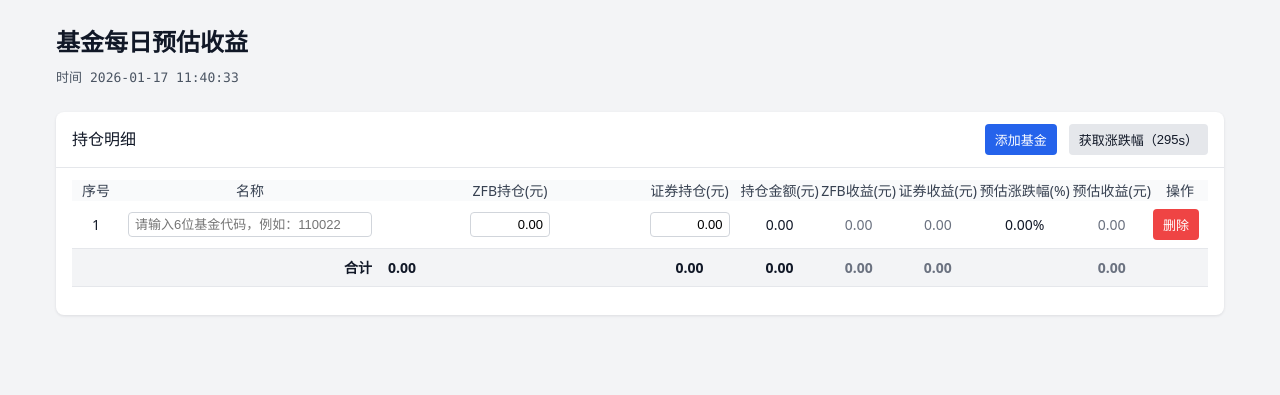
Repository: zt-boom/finance
Page: index.html
These files come from the project's save history. The page is drawn as it stood at one moment and after the next save; the edit follows.
The browser window is 1280 px wide. The pictures show the whole page.

Above is the page before, as saved 2026-01-17 15:22:44.

### index.html
<!DOCTYPE html>
<html lang="zh-CN">
<head>
<meta charset="UTF-8">
<title>基金每日预估收益</title>
<meta name="viewport" content="width=device-width,initial-scale=1">
<link rel="stylesheet" href="./style.css">
</head>
<body>
<div class="app">
<header class="app-header">
<h1>基金每日预估收益</h1>
<div class="date-row">
<span>时间</span>
<span id="current-date"></span>
</div>
</header>
<main class="app-main">
<section class="card">
<div class="card-header">
<h2>持仓明细</h2>
<div class="card-header-actions">
<button id="add-fund-btn" class="primary-button">添加基金</button>
<button id="fetch-percent-btn" class="secondary-button">
获取涨跌幅（<span id="auto-refresh-countdown">300</span>s）
</button>
</div>
</div>
<div class="card-body">
<div class="table-wrapper">
<table class="fund-table">
<thead>
<tr>
<th class="index-col">序号</th>
<th>名称</th>
<th>ZFB持仓(元)</th>
<th>证券持仓(元)</th>
<th>持仓金额(元)</th>
<th>ZFB收益(元)</th>
<th>证券收益(元)</th>
<th>预估涨跌幅(%)</th>
<th>预估收益(元)</th>
<th>操作</th>
</tr>
</thead>
<tbody id="fund-table-body"></tbody>
<tfoot>
<tr class="summary-row">
<td colspan="2">合计</td>
<td><span id="total-zfb-amount">0.00</span></td>
<td><span id="total-stock-amount">0.00</span></td>
<td><span id="total-amount">0.00</span></td>
<td><span id="total-zfb-profit">0.00</span></td>
<td><span id="total-stock-profit">0.00</span></td>
<td></td>
<td><span id="total-profit">0.00</span></td>
<td></td>
</tr>
</tfoot>
</table>
</div>
</div>
</section>
</main>
</div>
<script src="./main.js"></script>
</body>
</html>

### style.css
* {
box-sizing: border-box;
margin: 0;
padding: 0;
}

body {
font-family: system-ui, -apple-system, BlinkMacSystemFont, "Segoe UI", sans-serif;
background-color: #f3f4f6;
color: #111827;
line-height: 1.5;
}

.app {
max-width: 1200px;
margin: 0 auto;
padding: 24px 16px 40px;
}

.app-header {
display: flex;
flex-direction: column;
gap: 8px;
margin-bottom: 24px;
}

.app-header h1 {
font-size: 24px;
font-weight: 600;
color: #111827;
}

.date-row {
display: flex;
gap: 8px;
align-items: center;
font-size: 13px;
color: #4b5563;
}

.date-row span:last-child {
font-family: ui-monospace, SFMono-Regular, Menlo, Monaco, Consolas, "Liberation Mono", "Courier New", monospace;
font-variant-numeric: tabular-nums;
}

.app-main {
display: flex;
flex-direction: column;
gap: 16px;
}

.card {
background-color: #ffffff;
border-radius: 8px;
box-shadow: 0 1px 3px rgba(15, 23, 42, 0.1);
overflow: hidden;
}

.card-header {
display: flex;
justify-content: space-between;
align-items: center;
padding: 12px 16px;
border-bottom: 1px solid #e5e7eb;
}

.card-header h2 {
font-size: 16px;
font-weight: 500;
}

.card-header-actions {
display: flex;
align-items: center;
gap: 12px;
}

.card-body {
padding: 12px 16px 16px;
}

.table-wrapper {
overflow-x: auto;
margin-bottom: 12px;
}

.fund-table {
width: 100%;
border-collapse: collapse;
font-size: 14px;
}

.fund-table td {
border-bottom: 1px solid #e5e7eb;
padding: 8px;
text-align: left;
}

.fund-table th.index-col,
.fund-table td[data-role="row-index"] {
width: 48px;
text-align: center;
cursor: grab;
}

.fund-table td:nth-child(3),
.fund-table td:nth-child(4),
.fund-table td:nth-child(5),
.fund-table td:nth-child(6),
.fund-table td:nth-child(7),
.fund-table td:nth-child(8),
.fund-table td:nth-child(9) {
text-align: center;
white-space: nowrap;
}

.fund-table thead {
background-color: #f9fafb;
}

.fund-table th {
font-weight: 500;
color: #374151;
text-align: center;
}

.fund-table tbody tr:nth-child(even) {
background-color: #f9fafb;
}

.fund-table tbody tr:hover {
background-color: #eef2ff;
}

.fund-table tr.dragging {
opacity: 0.7;
}

.fund-table input {
width: 100%;
padding: 4px 6px;
font-size: 13px;
border-radius: 4px;
border: 1px solid #d1d5db;
outline: none;
text-align: right;
}

.fund-table input.narrow-number-input {
width: 80px;
margin: 0 auto;
}

.fund-table td:nth-child(2) input {
text-align: left;
}

.fund-table th:nth-child(2),
.fund-table td:nth-child(2) {
width: 260px;
}

.fund-table th:nth-child(10),
.fund-table td:nth-child(10) {
padding-left: 0;
text-align: center;
}

.fund-table input[type="number"]::-webkit-outer-spin-button,
.fund-table input[type="number"]::-webkit-inner-spin-button {
-webkit-appearance: none;
margin: 0;
}

.fund-table input[type="number"] {
-moz-appearance: textfield;
}

.fund-table input:focus {
border-color: #2563eb;
box-shadow: 0 0 0 1px rgba(37, 99, 235, 0.2);
}

.value-positive {
color: #ef4444;
}

.value-negative {
color: #10b981;
}

.value-zero {
color: #6b7280;
}

.summary-row td {
font-weight: 600;
color: #111827;
background-color: #f3f4f6;
}

.summary-row td:first-child {
text-align: right;
padding-right: 8px;
}

.summary-items {
display: flex;
flex-wrap: wrap;
gap: 4px 16px;
justify-content: flex-end;
align-items: center;
}

#auto-refresh-countdown {
display: inline-block;
width: 3ch;
text-align: right;
}

.summary-items span {
font-weight: 500;
white-space: nowrap;
}

.summary-left {
display: flex;
flex-wrap: wrap;
gap: 4px 16px;
align-items: center;
}

.summary-items span strong {
font-size: 18px;
margin-left: 4px;
font-family: ui-monospace, SFMono-Regular, Menlo, Monaco, Consolas, "Liberation Mono", "Courier New", monospace;
}

#total-amount {
color: #111827;
}

.primary-button,
.secondary-button,
.danger-button {
border-radius: 4px;
border: none;
cursor: pointer;
font-size: 13px;
padding: 6px 10px;
display: flex;
align-items: center;
justify-content: center;
}

.primary-button {
background-color: #2563eb;
color: #ffffff;
}

.primary-button:hover {
background-color: #1d4ed8;
}

.secondary-button {
background-color: #e5e7eb;
color: #111827;
}

.secondary-button:hover {
background-color: #d1d5db;
}

.danger-button {
background-color: #ef4444;
color: #ffffff;
margin: 0 auto;
}

.danger-button:hover {
background-color: #dc2626;
}

.actions-row {
display: none;
}

.instructions {
font-size: 13px;
color: #4b5563;
}

.instructions ol {
padding-left: 18px;
display: flex;
flex-direction: column;
gap: 4px;
}

@media (max-width: 640px) {
.app {
padding-inline: 12px;
}
.card-header {
flex-direction: column;
gap: 8px;
align-items: flex-start;
}
}

### main.js
const STORAGE_KEY = "fund_holdings_v1";
let dragSourceRow = null;

function handleRowDragStart(event) {
const cell = event.currentTarget;
const row = cell.parentElement;
dragSourceRow = row;
row.classList.add("dragging");
if (event.dataTransfer) {
event.dataTransfer.effectAllowed = "move";
event.dataTransfer.setData("text/plain", "");
}
}

function handleRowDragOver(event) {
event.preventDefault();
if (event.dataTransfer) {
event.dataTransfer.dropEffect = "move";
}
}

function handleRowDrop(event) {
event.preventDefault();
const targetCell = event.currentTarget;
const targetRow = targetCell.parentElement;
if (!dragSourceRow || dragSourceRow === targetRow) {
return;
}
const tbody = targetRow.parentElement;
const rows = Array.from(tbody.querySelectorAll('tr[data-role="fund-row"]'));
const sourceIndex = rows.indexOf(dragSourceRow);
const targetIndex = rows.indexOf(targetRow);
if (sourceIndex === -1 || targetIndex === -1) {
return;
}
if (sourceIndex < targetIndex) {
tbody.insertBefore(dragSourceRow, targetRow.nextSibling);
} else {
tbody.insertBefore(dragSourceRow, targetRow);
}
}

function handleRowDragEnd() {
const rows = document.querySelectorAll('tr[data-role="fund-row"]');
rows.forEach(row => {
row.classList.remove("dragging");
});
dragSourceRow = null;
updateRowIndices();
handleStorageUpdate();
calculateProfit();
}

function formatCurrency(value) {
if (Number.isNaN(value)) return "0.00";
return value.toFixed(2);
}

function formatNumber(value) {
if (Number.isNaN(value)) return "";
return value.toFixed(2);
}

function getTodayDateString() {
const now = new Date();
const year = String(now.getFullYear());
const month = String(now.getMonth() + 1).padStart(2, "0");
const day = String(now.getDate()).padStart(2, "0");
const hours = String(now.getHours()).padStart(2, "0");
const minutes = String(now.getMinutes()).padStart(2, "0");
const seconds = String(now.getSeconds()).padStart(2, "0");
return `${year}-${month}-${day} ${hours}:${minutes}:${seconds}`;
}

const fundJsonpRequests = [];

function ensureJsonpHandler() {
if (window._fundJsonpInitialized) {
return;
}
window._fundJsonpInitialized = true;
window.jsonpgz = function (data) {
if (!data || !data.fundcode) {
return;
}
const code = data.fundcode;
while (true) {
let index = -1;
for (let i = 0; i < fundJsonpRequests.length; i += 1) {
if (fundJsonpRequests[i].code === code) {
index = i;
break;
}
}
if (index === -1) {
break;
}
const request = fundJsonpRequests.splice(index, 1)[0];
try {
const value = request.transform ? request.transform(data) : data;
request.resolve(value);
} catch (e) {
if (request.reject) {
if (e instanceof Error) {
request.reject(e);
} else {
request.reject(new Error("解析基金数据失败"));
}
}
}
}
};
}

function fetchFundEstimate(code) {
return new Promise((resolve, reject) => {
if (!code) {
reject(new Error("缺少基金代码"));
return;
}
ensureJsonpHandler();
fundJsonpRequests.push({
code,
resolve,
reject,
transform: data => {
const percent = parseFloat(data.gszzl);
if (Number.isNaN(percent)) {
throw new Error("无效的涨跌幅数据");
}
return percent;
}
});
const script = document.createElement("script");
script.src = `https://fundgz.1234567.com.cn/js/${code}.js?rt=${Date.now()}`;
script.onerror = () => {
for (let i = 0; i < fundJsonpRequests.length; i += 1) {
if (fundJsonpRequests[i].code === code) {
const request = fundJsonpRequests.splice(i, 1)[0];
request.reject(new Error("获取基金数据失败"));
break;
}
}
};
document.body.appendChild(script);
});
}

function fetchFundInfo(code) {
return new Promise((resolve, reject) => {
if (!code) {
reject(new Error("缺少基金代码"));
return;
}
ensureJsonpHandler();
fundJsonpRequests.push({
code,
resolve,
reject,
transform: data => data
});
const script = document.createElement("script");
script.src = `https://fundgz.1234567.com.cn/js/${code}.js?rt=${Date.now()}`;
script.onerror = () => {
for (let i = 0; i < fundJsonpRequests.length; i += 1) {
if (fundJsonpRequests[i].code === code) {
const request = fundJsonpRequests.splice(i, 1)[0];
request.reject(new Error("获取基金数据失败"));
break;
}
}
};
document.body.appendChild(script);
});
}

function parseFundCodeFromName(name) {
if (!name) return null;
const match = name.match(/(\d{6})/);
if (!match) {
return null;
}
return match[1];
}

function loadHoldingsFromStorage() {
try {
const raw = window.localStorage.getItem(STORAGE_KEY);
if (!raw) return [];
const parsed = JSON.parse(raw);
if (!Array.isArray(parsed)) return [];
return parsed;
} catch (e) {
return [];
}
}

function saveHoldingsToStorage(holdings) {
try {
const serialized = JSON.stringify(holdings);
window.localStorage.setItem(STORAGE_KEY, serialized);
} catch (e) {
}
}

function createTableRow(fund) {
const tr = document.createElement("tr");
const indexTd = document.createElement("td");
const nameTd = document.createElement("td");
const zfbAmountTd = document.createElement("td");
const stockAmountTd = document.createElement("td");
const amountTd = document.createElement("td");
const zfbProfitTd = document.createElement("td");
const stockProfitTd = document.createElement("td");
const percentTd = document.createElement("td");
const profitTd = document.createElement("td");
const actionsTd = document.createElement("td");
const nameInput = document.createElement("input");
nameInput.type = "text";
nameInput.value = fund.name || "";
nameInput.placeholder = "请输入6位基金代码，例如：110022";
nameInput.addEventListener("change", handleStorageUpdate);
nameInput.addEventListener("keydown", event => {
if (event.key === "Enter") {
event.preventDefault();
const raw = nameInput.value.trim();
const code = parseFundCodeFromName(raw);
if (!code) {
window.alert("请先输入6位基金代码");
return;
}
const rows = document.querySelectorAll('tr[data-role="fund-row"]');
let duplicate = false;
rows.forEach(row => {
const inputs = row.querySelectorAll("input");
const otherNameInput = inputs[0];
if (!otherNameInput || otherNameInput === nameInput) {
return;
}
const otherCode = parseFundCodeFromName(otherNameInput.value.trim());
if (otherCode && otherCode === code) {
duplicate = true;
}
});
if (duplicate) {
window.alert("该基金代码已存在，请不要重复添加");
return;
}
nameInput.disabled = true;
fetchFundInfo(code).then(data => {
nameInput.disabled = false;
if (!data || !data.name) {
window.alert("未能获取基金名称，请检查基金代码");
return;
}
nameInput.value = `${code}  ${data.name}`;
handleStorageUpdate();
}).catch(() => {
nameInput.disabled = false;
window.alert("未能获取基金名称，请检查基金代码或网络连接");
});
}
});
const zfbInput = document.createElement("input");
zfbInput.type = "number";
zfbInput.step = "0.01";
zfbInput.min = "0";
zfbInput.value = fund.zfbAmount != null ? formatCurrency(Number(fund.zfbAmount)) : "0.00";
zfbInput.addEventListener("blur", () => {
const value = parseFloat(zfbInput.value);
const normalized = Number.isNaN(value) ? 0 : value;
zfbInput.value = formatCurrency(normalized);
});
zfbInput.addEventListener("input", () => {
calculateProfit();
});
zfbInput.addEventListener("change", () => {
handleStorageUpdate();
calculateProfit();
});
zfbInput.className = "narrow-number-input";
const stockInput = document.createElement("input");
stockInput.type = "number";
stockInput.step = "0.01";
stockInput.min = "0";
stockInput.value = fund.stockAmount != null ? formatCurrency(Number(fund.stockAmount)) : "0.00";
stockInput.addEventListener("blur", () => {
const value = parseFloat(stockInput.value);
const normalized = Number.isNaN(value) ? 0 : value;
stockInput.value = formatCurrency(normalized);
});
stockInput.addEventListener("input", () => {
calculateProfit();
});
stockInput.addEventListener("change", () => {
handleStorageUpdate();
calculateProfit();
});
stockInput.className = "narrow-number-input";
const amountSpan = document.createElement("span");
amountSpan.dataset.role = "amount-display";
amountSpan.textContent = "0.00";
const zfbProfitSpan = document.createElement("span");
zfbProfitSpan.textContent = "0.00";
const stockProfitSpan = document.createElement("span");
stockProfitSpan.textContent = "0.00";
const percentSpan = document.createElement("span");
percentSpan.textContent = "0.00%";
const profitSpan = document.createElement("span");
profitSpan.textContent = "0.00";
const deleteButton = document.createElement("button");
deleteButton.textContent = "删除";
deleteButton.className = "danger-button";
deleteButton.addEventListener("click", () => {
const inputs = tr.querySelectorAll("input");
const nameValue = inputs[0] ? inputs[0].value.trim() : "";
const zfbValue = inputs[1] ? inputs[1].value.trim() : "";
const stockValue = inputs[2] ? inputs[2].value.trim() : "";
const isEmptyRow = !nameValue && !zfbValue && !stockValue;
if (!isEmptyRow) {
const confirmed = window.confirm("确定要删除这条持仓记录吗？");
if (!confirmed) {
return;
}
}
tr.remove();
handleStorageUpdate();
calculateProfit();
updateRowIndices();
});
indexTd.dataset.role = "row-index";
indexTd.draggable = true;
indexTd.addEventListener("dragstart", handleRowDragStart);
indexTd.addEventListener("dragover", handleRowDragOver);
indexTd.addEventListener("drop", handleRowDrop);
indexTd.addEventListener("dragend", handleRowDragEnd);
zfbProfitTd.dataset.role = "zfb-profit-cell";
stockProfitTd.dataset.role = "stock-profit-cell";
percentTd.dataset.role = "percent-cell";
profitTd.dataset.role = "profit-cell";
nameTd.appendChild(nameInput);
zfbAmountTd.appendChild(zfbInput);
stockAmountTd.appendChild(stockInput);
amountTd.appendChild(amountSpan);
zfbProfitTd.appendChild(zfbProfitSpan);
stockProfitTd.appendChild(stockProfitSpan);
percentTd.appendChild(percentSpan);
profitTd.appendChild(profitSpan);
actionsTd.appendChild(deleteButton);
tr.appendChild(indexTd);
tr.appendChild(nameTd);
tr.appendChild(zfbAmountTd);
tr.appendChild(stockAmountTd);
tr.appendChild(amountTd);
tr.appendChild(zfbProfitTd);
tr.appendChild(stockProfitTd);
tr.appendChild(percentTd);
tr.appendChild(profitTd);
tr.appendChild(actionsTd);
tr.dataset.role = "fund-row";
return tr;
}

function readHoldingsFromTable() {
const rows = document.querySelectorAll('tr[data-role="fund-row"]');
const holdings = [];
rows.forEach(row => {
const inputs = row.querySelectorAll("input");
const nameInput = inputs[0];
const zfbInput = inputs[1];
const stockInput = inputs[2];
const name = nameInput.value.trim();
const zfbAmount = parseFloat(zfbInput.value);
const stockAmount = parseFloat(stockInput.value);
const hasZfb = !Number.isNaN(zfbAmount) && zfbAmount > 0;
const hasStock = !Number.isNaN(stockAmount) && stockAmount > 0;
if (!name && !hasZfb && !hasStock) {
return;
}
holdings.push({
name,
zfbAmount: hasZfb ? zfbAmount : 0,
stockAmount: hasStock ? stockAmount : 0
});
});
return holdings;
}

function handleStorageUpdate() {
const holdings = readHoldingsFromTable();
saveHoldingsToStorage(holdings);
}

function populateTableFromStorage() {
const tbody = document.getElementById("fund-table-body");
tbody.innerHTML = "";
const holdings = loadHoldingsFromStorage();
if (holdings.length === 0) {
const row = createTableRow({ name: "", zfbAmount: null, stockAmount: null });
tbody.appendChild(row);
updateRowIndices();
calculateProfit();
return;
}
holdings.forEach(fund => {
const row = createTableRow({
name: fund.name || "",
zfbAmount: fund.zfbAmount != null ? fund.zfbAmount : null,
stockAmount: fund.stockAmount != null ? fund.stockAmount : null
});
tbody.appendChild(row);
});
updateRowIndices();
calculateProfit();
}

function calculateProfit() {
const rows = document.querySelectorAll('tr[data-role="fund-row"]');
let totalZfbAmount = 0;
let totalStockAmount = 0;
let totalZfbProfit = 0;
let totalStockProfit = 0;
let totalProfit = 0;
let totalHoldingAmount = 0;
rows.forEach(row => {
const inputs = row.querySelectorAll("input");
const zfbInput = inputs[1];
const stockInput = inputs[2];
const amountSpan = row.querySelector('span[data-role="amount-display"]');
const percentCell = row.querySelector('td[data-role="percent-cell"] span');
const profitCell = row.querySelector('td[data-role="profit-cell"] span');
const zfbProfitCell = row.querySelector('td[data-role="zfb-profit-cell"] span');
const stockProfitCell = row.querySelector('td[data-role="stock-profit-cell"] span');
const zfbAmount = zfbInput ? parseFloat(zfbInput.value) : NaN;
const stockAmount = stockInput ? parseFloat(stockInput.value) : NaN;
const normalizedZfb = Number.isNaN(zfbAmount) ? 0 : zfbAmount;
const normalizedStock = Number.isNaN(stockAmount) ? 0 : stockAmount;
const amount = normalizedZfb + normalizedStock;
const percent = percentCell ? parseFloat(percentCell.textContent) : NaN;
totalZfbAmount += normalizedZfb;
totalStockAmount += normalizedStock;
if (amountSpan) {
amountSpan.textContent = formatCurrency(amount);
}
if (amount > 0) {
totalHoldingAmount += amount;
}
if (amount <= 0 || Number.isNaN(percent)) {
if (zfbProfitCell) {
zfbProfitCell.textContent = "0.00";
applyProfitColor(zfbProfitCell, 0);
}
if (stockProfitCell) {
stockProfitCell.textContent = "0.00";
applyProfitColor(stockProfitCell, 0);
}
if (profitCell) {
profitCell.textContent = "0.00";
applyProfitColor(profitCell, 0);
}
return;
}
const zfbProfit = normalizedZfb * percent / 100;
const stockProfit = normalizedStock * percent / 100;
const profit = zfbProfit + stockProfit;
totalZfbProfit += zfbProfit;
totalStockProfit += stockProfit;
totalProfit += profit;
if (zfbProfitCell) {
zfbProfitCell.textContent = formatCurrency(zfbProfit);
applyProfitColor(zfbProfitCell, zfbProfit);
}
if (stockProfitCell) {
stockProfitCell.textContent = formatCurrency(stockProfit);
applyProfitColor(stockProfitCell, stockProfit);
}
if (profitCell) {
profitCell.textContent = formatCurrency(profit);
applyProfitColor(profitCell, profit);
}
});
const totalZfbAmountElement = document.getElementById("total-zfb-amount");
if (totalZfbAmountElement) {
totalZfbAmountElement.textContent = formatCurrency(totalZfbAmount);
}
const totalStockAmountElement = document.getElementById("total-stock-amount");
if (totalStockAmountElement) {
totalStockAmountElement.textContent = formatCurrency(totalStockAmount);
}
const totalAmountElement = document.getElementById("total-amount");
if (totalAmountElement) {
totalAmountElement.textContent = formatCurrency(totalHoldingAmount);
}
const totalZfbProfitElement = document.getElementById("total-zfb-profit");
if (totalZfbProfitElement) {
totalZfbProfitElement.textContent = formatCurrency(totalZfbProfit);
applyProfitColor(totalZfbProfitElement, totalZfbProfit);
}
const totalStockProfitElement = document.getElementById("total-stock-profit");
if (totalStockProfitElement) {
totalStockProfitElement.textContent = formatCurrency(totalStockProfit);
applyProfitColor(totalStockProfitElement, totalStockProfit);
}
const totalProfitElement = document.getElementById("total-profit");
totalProfitElement.textContent = formatCurrency(totalProfit);
applyProfitColor(totalProfitElement, totalProfit);
}

function autoFetchPercentages(options) {
const useButton = !options || options.useButton !== false;
const showAlert = !options || options.showAlert !== false;
const rows = document.querySelectorAll('tr[data-role="fund-row"]');
const promises = [];
rows.forEach(row => {
const inputs = row.querySelectorAll("input");
const nameInput = inputs[0];
const name = nameInput ? nameInput.value.trim() : "";
const code = parseFundCodeFromName(name);
if (!code) {
return;
}
const percentCell = row.querySelector('td[data-role="percent-cell"] span');
if (!percentCell) {
return;
}
const promise = fetchFundEstimate(code).then(percent => {
const value = formatNumber(percent);
percentCell.textContent = `${value}%`;
return true;
}).catch(() => false);
promises.push(promise);
});
if (promises.length === 0) {
if (showAlert) {
window.alert("请先在名称中输入包含6位基金代码的内容");
}
return;
}
const fetchButton = useButton ? document.getElementById("fetch-percent-btn") : null;
if (fetchButton) {
fetchButton.disabled = true;
}
Promise.all(promises).then(results => {
const successCount = results.filter(Boolean).length;
if (fetchButton) {
fetchButton.disabled = false;
}
if (successCount === 0) {
if (showAlert) {
window.alert("未能获取任何基金的预估涨跌幅，请检查基金代码或网络连接");
}
return;
}
calculateProfit();
});
}

function applyProfitColor(element, value) {
if (!element) {
return;
}
element.classList.remove("value-positive", "value-negative", "value-zero");
if (Number.isNaN(value)) {
return;
}
if (value > 0) {
element.classList.add("value-positive");
} else if (value < 0) {
element.classList.add("value-negative");
} else {
element.classList.add("value-zero");
}
}

function initApp() {
const dateElement = document.getElementById("current-date");
if (dateElement) {
dateElement.textContent = getTodayDateString();
}
populateTableFromStorage();
const addFundButton = document.getElementById("add-fund-btn");
const fetchPercentButton = document.getElementById("fetch-percent-btn");
const countdownElement = document.getElementById("auto-refresh-countdown");
const autoRefreshSeconds = 300;
let remainingSeconds = autoRefreshSeconds;
function updateCountdown() {
if (countdownElement) {
countdownElement.textContent = String(remainingSeconds);
}
}
function resetCountdown() {
remainingSeconds = autoRefreshSeconds;
updateCountdown();
}
updateCountdown();
if (addFundButton) {
addFundButton.addEventListener("click", () => {
const tbody = document.getElementById("fund-table-body");
const row = createTableRow({ name: "", amount: null });
tbody.appendChild(row);
updateRowIndices();
});
}
if (fetchPercentButton) {
fetchPercentButton.addEventListener("click", () => {
autoFetchPercentages({ useButton: true, showAlert: true });
resetCountdown();
});
}
if (dateElement) {
setInterval(() => {
dateElement.textContent = getTodayDateString();
}, 1000);
}
setInterval(() => {
remainingSeconds -= 1;
if (remainingSeconds <= 0) {
autoFetchPercentages({ useButton: false, showAlert: false });
remainingSeconds = autoRefreshSeconds;
}
updateCountdown();
}, 1000);
}

function updateRowIndices() {
const rows = document.querySelectorAll('tr[data-role="fund-row"]');
rows.forEach((row, index) => {
const indexCell = row.querySelector('td[data-role="row-index"]');
if (indexCell) {
indexCell.textContent = String(index + 1);
}
});
}

if (document.readyState === "loading") {
document.addEventListener("DOMContentLoaded", initApp);
} else {
initApp();
}

After the next save:
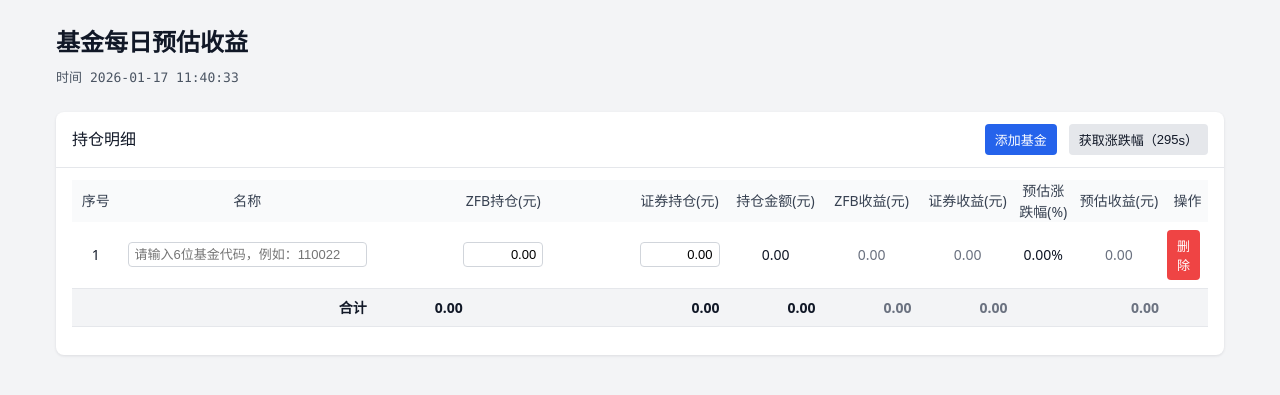
Saved 110 s later.
--- a/style.css
+++ b/style.css
@@ -204,6 +204,12 @@ text-align: right;
 padding-right: 8px;
 }
 
+.summary-row span {
+display: inline-block;
+width: 80px;
+text-align: right;
+}
+
 .summary-items {
 display: flex;
 flex-wrap: wrap;
